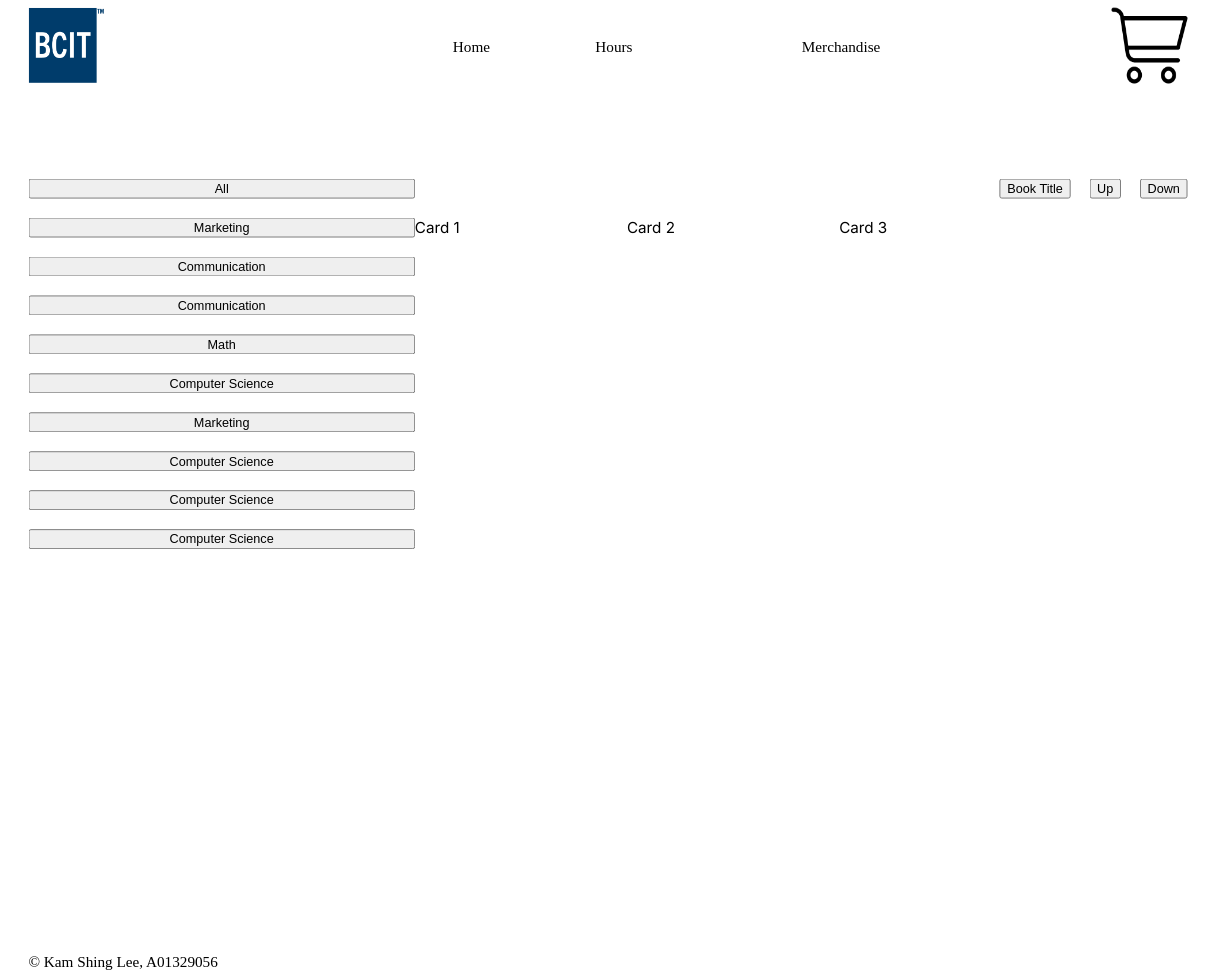
Repository: klee616/assessment3
Page: /
The author's editor kept a copy of each file at every save. The page is drawn from the files as they stood at one save, then again after a run of saves.
The browser window is 1280 px wide. The pictures show the whole page, at 95% of full size.
The project was rebuilt for these pictures with package versions that can differ from the ones it lists, and the page was loaded fresh each time. The framework's server and built-in components were replaced by stand-ins that run in the browser. Also part of the build but not shown: next.config.mjs.

Above is the page before, as saved 2024-02-06 01:16:51.

### pages/index.js
import Head from "next/head";
import { Inter } from "next/font/google";
import styles from "@/styles/Home.module.css";
import layout from "@/styles/layout.module.css"
import Header from "@/components/Header";
import Footer from "@/components/Footer";
import Button from "@/components/Button";
import { useState } from "react";
import books from "@/data/books.json"

const inter = Inter({ subsets: ["latin"] });

export default function Home() {
  const [data, setItem] = useState([...books]);
  console.log(data);

  let categorys = data.map(book => book.category);
  console.log(categorys);
  return (
    <>
      <Head>
        <title>BCIT Book Store</title>
        <meta name="description" content="All online pick-up orders are available at the Burnaby Campus Bookstore (SE2). Please allow 2-3 business days for order processing." />
        <meta name="viewport" content="width=device-width, initial-scale=1" />
        <link rel="icon" href="/favicon.ico" />
      </Head>

      <Header />
      <main className={`${styles.main} ${inter.className}`}>
        <div className={`${layout['row']}`}>
          <div className={`${layout['col-lg-4']} ${layout['col-md-4']} ${layout['col-lg-4']}}`}>
            <div className={styles['aside-containera']}>
              <button>All</button>
              {
                categorys && categorys.map((cate, index)=>{
                  return (
                    <>
                    <button>{cate}</button>
                    </>
                  )
                })
              }
            </div>
          </div>
          <div className={`${layout['col-lg-8']} ${layout['col-md-8']} ${layout['col-lg-8']}}`}>
            <div className={styles['main-content-containera']}>
              <div className={styles['top-menu']}>
                <Button name="Book Title" />
                <Button name="Up" />
                <Button name="Down" />
              </div>
              <div className={`${layout['col-lg-3']} ${layout['col-md-3']} ${layout['col-lg-3']}}`}>
                Card 1
              </div>
              <div className={`${layout['col-lg-3']} ${layout['col-md-3']} ${layout['col-lg-3']}}`}>
                Card 2
              </div>
              <div className={`${layout['col-lg-3']} ${layout['col-md-3']} ${layout['col-lg-3']}}`}>
                Card 3
              </div>
            </div>
          </div>
        </div>
      </main>
      <Footer />
    </>
  );
}

### styles/globals.css
:root {
  --background-color: #fff;
  --highlight: #FFF400;
  --blue: #003C71;
  --white-text: #fff;
  --product-background: rgb(245, 245, 245);
}

a{
  color: inherit;
  text-decoration: none;
}

### styles/Home.module.css
.main {
  display: flex;
  flex-direction: column;
  justify-content: space-between;
  align-items: center;
  padding: 6rem;
  min-height: 100vh;
}
.aside-containera{
  display: flex;
  flex-direction: column;
  flex-wrap: nowrap;
  row-gap: 20px;
}

.main-content-containera{
  display: flex;
  flex-direction: row;
  flex-wrap: wrap;
  gap:20px;
}
.top-menu{
  display: flex;
  flex-direction: row;
  flex-wrap: nowrap;
  justify-content: right;
  column-gap: 20px;
  width: 100%;

}

### styles/layout.module.css

.row {
    display: flex;
    flex-direction: row;
    flex-wrap: wrap;
    justify-content: left;
    align-items: stretch;
  }

  .col-lg-12, .col-md-12, .col-sm-12{
      flex: 0 0 12;
      width: calc(100% / 12 * 12);
  }

  .col-lg-11, .col-md-11, .col-sm-11{
      flex: 0 0 11;
      width: calc(100% / 12 * 11);
  }

  .col-lg-10, .col-md-10, .col-sm-10{
      flex: 0 0 10;
      width: calc(100% / 12 * 10);
  }

  .col-lg-9, .col-md-9, .col-sm-9{
      flex: 0 0 9;
      width: calc(100% / 12 * 9);
  }

  .col-lg-8, .col-md-8, .col-sm-8{
      flex: 0 0 8;
      width: calc(100% / 12 * 8);
  }

  .col-lg-7, .col-md-7, .col-sm-7{
      flex: 0 0 7;
      width: calc(100% / 12 * 7);
  }

  .col-lg-6, .col-md-6, .col-sm-6{
      flex: 0 0 6;
      width: calc(100% / 12 * 6);
  }

  .col-lg-5, .col-md-5, .col-sm-5{
      flex: 0 0 5;
      width: calc(100% / 12 * 5);
  }

  .col-lg-4, .col-md-4, .col-sm-4{
      flex: 0 0 4;
      width: calc(100% / 12 * 4);
  }

  .col-lg-3, .col-md-3, .col-sm-3{
      flex: 0 0 3;
      width: calc(100% / 12 * 3);
  }

  .col-lg-2, .col-md-2, .col-sm-2{
      flex: 0 0 2;
      width: calc(100% / 12 * 2);
  }

  .col-lg-1, .col-md-1, .col-sm-1{
      flex: 0 0 1;
      width: calc(100% / 12 * 1);
  }

  .text-align-right{
    text-align: right;
  }

  @media (min-width: 1221px ) {
    /* lg*/

    .row {
      max-width: 1220px;
      width: 100vw;
    }

    .row-wider{
      width: 992px;
    }


    .col-lg-12 {
      flex: 0 0 12;
      width: calc(100% / 12 * 12);
    }

    .col-lg-11 {
      flex: 0 0 11;
      width: calc(100% / 12 * 12);
    }

    .col-lg-10 {
      flex: 0 0 10;
      width: calc(100% / 12 * 10);
    }

    .col-lg-9 {
      flex: 0 0 9;
      width: calc(100% / 12 * 9);
    }

    .col-lg-8 {
      flex: 0 0 8;
      width: calc(100% / 12 * 8);
    }

    .col-lg-7 {
      flex: 0 0 7;
      width: calc(100% / 12 * 7);
    }

    .col-lg-6 {
      flex: 0 0 6;
      width: calc(100% / 12 * 6);
    }

    .col-lg-5 {
      flex: 0 0 5;
      width: calc(100% / 12 * 5);
    }

    .col-lg-4 {
      flex: 0 0 4;
      width: calc(100% / 12 * 4);
    }

    .col-lg-3 {
      flex: 0 0 3;
      width: calc(100% / 12 * 3);
    }

    .col-lg-2 {
      flex: 0 0 2;
      width: calc(100% / 12 * 2);
    }

    .col-lg-1 {
      flex: 0 0 1;
      width: calc(100% / 12 * 1);
    }

    .lg-hidden{
      display: none;;
    }
  }


  @media (max-width:1220px) and (min-width:701px) {
    /* md*/

    .row {
        max-width: 1440px;
        width: 100vw;

    }



    .col-md-12 {
      flex: 0 0 12;
      width: calc(100% / 12 * 12);
    }

    .col-md-11 {
      flex: 0 0 11;
      width: calc(100% / 12 * 12);
    }

    .col-md-10 {
      flex: 0 0 10;
      width: calc(100% / 12 * 10);
    }

    .col-md-9 {
      flex: 0 0 9;
      width: calc(100% / 12 * 9);
    }

    .col-md-8 {
      flex: 0 0 8;
      width: calc(100% / 12 * 8);
    }

    .col-md-7 {
      flex: 0 0 7;
      width: calc(100% / 12 * 7);
    }

    .col-md-6 {
      flex: 0 0 6;
      width: calc(100% / 12 * 6);
    }

    .col-md-5 {
      flex: 0 0 5;
      width: calc(100% / 12 * 5);
    }

    .col-md-4 {
      flex: 0 0 4;
      width: calc(100% / 12 * 4);
    }

    .col-md-3 {
      flex: 0 0 3;
      width: calc(100% / 12 * 3);
    }

    .col-md-2 {
      flex: 0 0 2;
      width: calc(100% / 12 * 2);
    }

    .col-md-1 {
      flex: 0 0 1;
      width: calc(100% / 12 * 1);
    }


    .md-hidden{
      display: none;;
    }
  }


  @media (max-width:700px) {
    /* sm*/

    .row {
        max-width: 640;
        width: 100vw;

    }


    .col-sm-12 {
      flex: 0 0 12;
      width: calc(100% / 12 * 12);
    }

    .col-sm-11 {
      flex: 0 0 11;
      width: calc(100% / 12 * 12);
    }

    .col-sm-10 {
      flex: 0 0 10;
      width: calc(100% / 12 * 10);
    }

    .col-sm-9 {
      flex: 0 0 9;
      width: calc(100% / 12 * 9);
    }

    .col-sm-8 {
      flex: 0 0 8;
      width: calc(100% / 12 * 8);
    }

    .col-sm-7 {
      flex: 0 0 7;
      width: calc(100% / 12 * 7);
    }

    .col-sm-6 {
      flex: 0 0 6;
      width: calc(100% / 12 * 6);
    }

    .col-sm-5 {
      flex: 0 0 5;
      width: calc(100% / 12 * 5);
    }

    .col-sm-4 {
      flex: 0 0 4;
      width: calc(100% / 12 * 4);
    }

    .col-sm-3 {
      flex: 0 0 3;
      width: calc(100% / 12 * 3);
    }

    .col-sm-2 {
      flex: 0 0 2;
      width: calc(100% / 12 * 2);
    }

    .col-sm-1 {
      flex: 0 0 1;
      width: calc(100% / 12 * 1);
    }

    .sm-hidden{
      display: none;
    }
  }

### components/Header/index.js
import styles from './Header.module.css'
import layout from '@/styles/Layout.module.css'
import Image from 'next/image'
import Link from 'next/link'

export default function Header() {
    return (
        <>
            <header className={`${styles['page-header']}`}>
                <div className={`${layout.row}`}>
                    <div className={`${layout['col-lg-4']} ${layout['col-md-4']} ${layout['col-sm-4']}`}>
                        <Image
                            src="/images/bcit_logo.png"
                            width={80}
                            height={80} />
                    </div>
                    <div className={`${layout['col-lg-8']} ${layout['col-md-8']} ${layout['col-sm-8']}`}>
                        <div className={styles['menu-container']}>
                            <ul className={styles['menu-list']}>
                                <li className={styles['menu-item']}>
                                    <Link href='/'>Home</Link>
                                </li>
                                <li className={styles['menu-item']}>
                                    <Link href='/'>Hours</Link>
                                </li>
                                <li className={styles['menu-item']}>
                                    <Link href='/'>Merchandise</Link>
                                </li>
                            </ul>

                            <Link href='/'>
                                <Image
                                    src="/images/shopping.png"
                                    width={80}
                                    height={80} />
                            </Link>
                        </div>
                    </div>
                </div>
            </header>
        </>
    )
}

### components/Footer/index.js
import styles from './Footer.module.css'
import layout from '@/styles/Layout.module.css'

export default function Footer(){
    return (
        <>
        <footer className={styles['page-footer']}>
            <div className={`${layout['row']}`}>
<div className={`${layout['col-lg-12']} ${layout['col-md-12']} ${layout['col-sm-12']}`}>
    &copy; Kam Shing Lee, A01329056
</div>
</div>
        </footer>
        </>
    )
}

### components/Button/index.js
import styles from './Button.module.css'

export default function Button(
   { name='Button'}
){
    return (
        <>
        <button>{name}</button>
        </>
    )
}

### data/books.json
[
    {
        "course": "MKTG 1102",
        "title": "Marketing: The Core",
        "authors": [
            "Roger Kerin",
            "Steven Hartley",
            "Arsenio Bonifacio",
            "Donna Dumont",
            "Carol Bureau"
        ],
        "edition": 6,
        "image": "marketing-the-core.jpg",
        "category": "Marketing"
    },
    {
        "course": "COMM 1120",
        "title": "Business Communication Essentials",
        "authors": [
            "Courtland Bovee",
            "John Thill"
        ],
        "edition": 5,
        "image": "business-communication-essentials.jpg",
        "category": "Communication"
    },
    {
        "course": "COMM 2003",
        "title": "The Bare Essentials",
        "authors": [
            "Sarah Norton",
            "Brian Green",
            "Greg Holditch"
        ],
        "edition": 10,
        "image": "the-bare-essentials.jpg",
        "category": "Communication"
    },
    {
        "course": "COMP 2121",
        "title": "Discrete Mathematics",
        "authors": [
            "Susanna Epp"
        ],
        "edition": 5,
        "image": "discrete-mathematics-with-applications.jpg",
        "category": "Math"
    },
    {
        "course": "COMP 2511",
        "title": "C How to Program",
        "authors": [
            "Paul Deitel",
            "Harvey Deitel"
        ],
        "edition": 9,
        "image": "c-how-to-program.png",
        "category": "Computer Science"
    },
    {
        "course": "MKTG 3304",
        "title": "International Marketing",
        "authors": [
            "Philip Cateora",
            "Bruce Money",
            "Mary Gilly",
            "John Graham"
        ],
        "edition": 19,
        "image": "international-marketing.jpg",
        "category": "Marketing"
    },
    {
        "course": "COMP 3603",
        "title": "C++: How To Program",
        "authors": [
            "Paul Deitel",
            "Harvey Deitel"
        ],
        "edition": 10,
        "image": "How-to-program.png",
        "category": "Computer Science"
    },
    {
        "course": "COMP 4985",
        "title": "Windows System Programming",
        "authors": [
            "Johnson Hart"
        ],
        "edition": 4,
        "image": "windows-system-programming.jpg",
        "category": "Computer Science"
    },
    {
        "course": "COMM 7005",
        "title": "Computer Networking",
        "authors": [
            "James Kurose",
            "Keith Ross"
        ],
        "edition": 8,
        "image": "computer-networking.jpg",
        "category": "Computer Science"
    }
]

### components/Header/Header.module.css
.page-header{
    display: flex;
    flex-direction: column;
    flex-wrap: nowrap;
    align-items: center;
    justify-content: center;
  }

.menu-container{
    display: flex;
    flex-direction: row;
    flex-wrap: nowrap;
    align-content: center;
    justify-content:space-between;
    align-items: center;
}

.menu-list{
    display: flex;
    flex-direction: row;
    flex-wrap: nowrap;
    align-content: center;
    justify-content:space-around;
    align-items: center;
    list-style: none;
}

.menu-list .menu-item{
    width: 150px;
    text-align: left;
}
.menu-list .menu-item:nth-last-child(1){
    text-align: right;
}
.menu-item a{
display: block;
width: 100%;
}

### styles/Layout.module.css

.row {
    display: flex;
    flex-direction: row;
    flex-wrap: wrap;
    justify-content: left;
    align-items: stretch;
  }

  .col-lg-12, .col-md-12, .col-sm-12{
      flex: 0 0 12;
      width: calc(100% / 12 * 12);
  }

  .col-lg-11, .col-md-11, .col-sm-11{
      flex: 0 0 11;
      width: calc(100% / 12 * 11);
  }

  .col-lg-10, .col-md-10, .col-sm-10{
      flex: 0 0 10;
      width: calc(100% / 12 * 10);
  }

  .col-lg-9, .col-md-9, .col-sm-9{
      flex: 0 0 9;
      width: calc(100% / 12 * 9);
  }

  .col-lg-8, .col-md-8, .col-sm-8{
      flex: 0 0 8;
      width: calc(100% / 12 * 8);
  }

  .col-lg-7, .col-md-7, .col-sm-7{
      flex: 0 0 7;
      width: calc(100% / 12 * 7);
  }

  .col-lg-6, .col-md-6, .col-sm-6{
      flex: 0 0 6;
      width: calc(100% / 12 * 6);
  }

  .col-lg-5, .col-md-5, .col-sm-5{
      flex: 0 0 5;
      width: calc(100% / 12 * 5);
  }

  .col-lg-4, .col-md-4, .col-sm-4{
      flex: 0 0 4;
      width: calc(100% / 12 * 4);
  }

  .col-lg-3, .col-md-3, .col-sm-3{
      flex: 0 0 3;
      width: calc(100% / 12 * 3);
  }

  .col-lg-2, .col-md-2, .col-sm-2{
      flex: 0 0 2;
      width: calc(100% / 12 * 2);
  }

  .col-lg-1, .col-md-1, .col-sm-1{
      flex: 0 0 1;
      width: calc(100% / 12 * 1);
  }

  .text-align-right{
    text-align: right;
  }

  @media (min-width: 1221px ) {
    /* lg*/

    .row {
      max-width: 1220px;
      width: 100vw;
    }

    .row-wider{
      width: 992px;
    }


    .col-lg-12 {
      flex: 0 0 12;
      width: calc(100% / 12 * 12);
    }

    .col-lg-11 {
      flex: 0 0 11;
      width: calc(100% / 12 * 12);
    }

    .col-lg-10 {
      flex: 0 0 10;
      width: calc(100% / 12 * 10);
    }

    .col-lg-9 {
      flex: 0 0 9;
      width: calc(100% / 12 * 9);
    }

    .col-lg-8 {
      flex: 0 0 8;
      width: calc(100% / 12 * 8);
    }

    .col-lg-7 {
      flex: 0 0 7;
      width: calc(100% / 12 * 7);
    }

    .col-lg-6 {
      flex: 0 0 6;
      width: calc(100% / 12 * 6);
    }

    .col-lg-5 {
      flex: 0 0 5;
      width: calc(100% / 12 * 5);
    }

    .col-lg-4 {
      flex: 0 0 4;
      width: calc(100% / 12 * 4);
    }

    .col-lg-3 {
      flex: 0 0 3;
      width: calc(100% / 12 * 3);
    }

    .col-lg-2 {
      flex: 0 0 2;
      width: calc(100% / 12 * 2);
    }

    .col-lg-1 {
      flex: 0 0 1;
      width: calc(100% / 12 * 1);
    }

    .lg-hidden{
      display: none;;
    }
  }


  @media (max-width:1220px) and (min-width:701px) {
    /* md*/

    .row {
        max-width: 1440px;
        width: 100vw;

    }



    .col-md-12 {
      flex: 0 0 12;
      width: calc(100% / 12 * 12);
    }

    .col-md-11 {
      flex: 0 0 11;
      width: calc(100% / 12 * 12);
    }

    .col-md-10 {
      flex: 0 0 10;
      width: calc(100% / 12 * 10);
    }

    .col-md-9 {
      flex: 0 0 9;
      width: calc(100% / 12 * 9);
    }

    .col-md-8 {
      flex: 0 0 8;
      width: calc(100% / 12 * 8);
    }

    .col-md-7 {
      flex: 0 0 7;
      width: calc(100% / 12 * 7);
    }

    .col-md-6 {
      flex: 0 0 6;
      width: calc(100% / 12 * 6);
    }

    .col-md-5 {
      flex: 0 0 5;
      width: calc(100% / 12 * 5);
    }

    .col-md-4 {
      flex: 0 0 4;
      width: calc(100% / 12 * 4);
    }

    .col-md-3 {
      flex: 0 0 3;
      width: calc(100% / 12 * 3);
    }

    .col-md-2 {
      flex: 0 0 2;
      width: calc(100% / 12 * 2);
    }

    .col-md-1 {
      flex: 0 0 1;
      width: calc(100% / 12 * 1);
    }


    .md-hidden{
      display: none;;
    }
  }


  @media (max-width:700px) {
    /* sm*/

    .row {
        max-width: 640;
        width: 100vw;

    }


    .col-sm-12 {
      flex: 0 0 12;
      width: calc(100% / 12 * 12);
    }

    .col-sm-11 {
      flex: 0 0 11;
      width: calc(100% / 12 * 12);
    }

    .col-sm-10 {
      flex: 0 0 10;
      width: calc(100% / 12 * 10);
    }

    .col-sm-9 {
      flex: 0 0 9;
      width: calc(100% / 12 * 9);
    }

    .col-sm-8 {
      flex: 0 0 8;
      width: calc(100% / 12 * 8);
    }

    .col-sm-7 {
      flex: 0 0 7;
      width: calc(100% / 12 * 7);
    }

    .col-sm-6 {
      flex: 0 0 6;
      width: calc(100% / 12 * 6);
    }

    .col-sm-5 {
      flex: 0 0 5;
      width: calc(100% / 12 * 5);
    }

    .col-sm-4 {
      flex: 0 0 4;
      width: calc(100% / 12 * 4);
    }

    .col-sm-3 {
      flex: 0 0 3;
      width: calc(100% / 12 * 3);
    }

    .col-sm-2 {
      flex: 0 0 2;
      width: calc(100% / 12 * 2);
    }

    .col-sm-1 {
      flex: 0 0 1;
      width: calc(100% / 12 * 1);
    }

    .sm-hidden{
      display: none;
    }
  }

### components/Footer/Footer.module.css
.page-footer{
    display: flex;
    flex-direction: column;
    flex-wrap: nowrap;
    align-items: center;
    justify-content: center;
}

Loaded but not shown: pages/_app.js (common file); pages/_document.js (common file); components/Button/Button.module.css (no stored copy; drawn as an empty file)

After the next 2 saves:
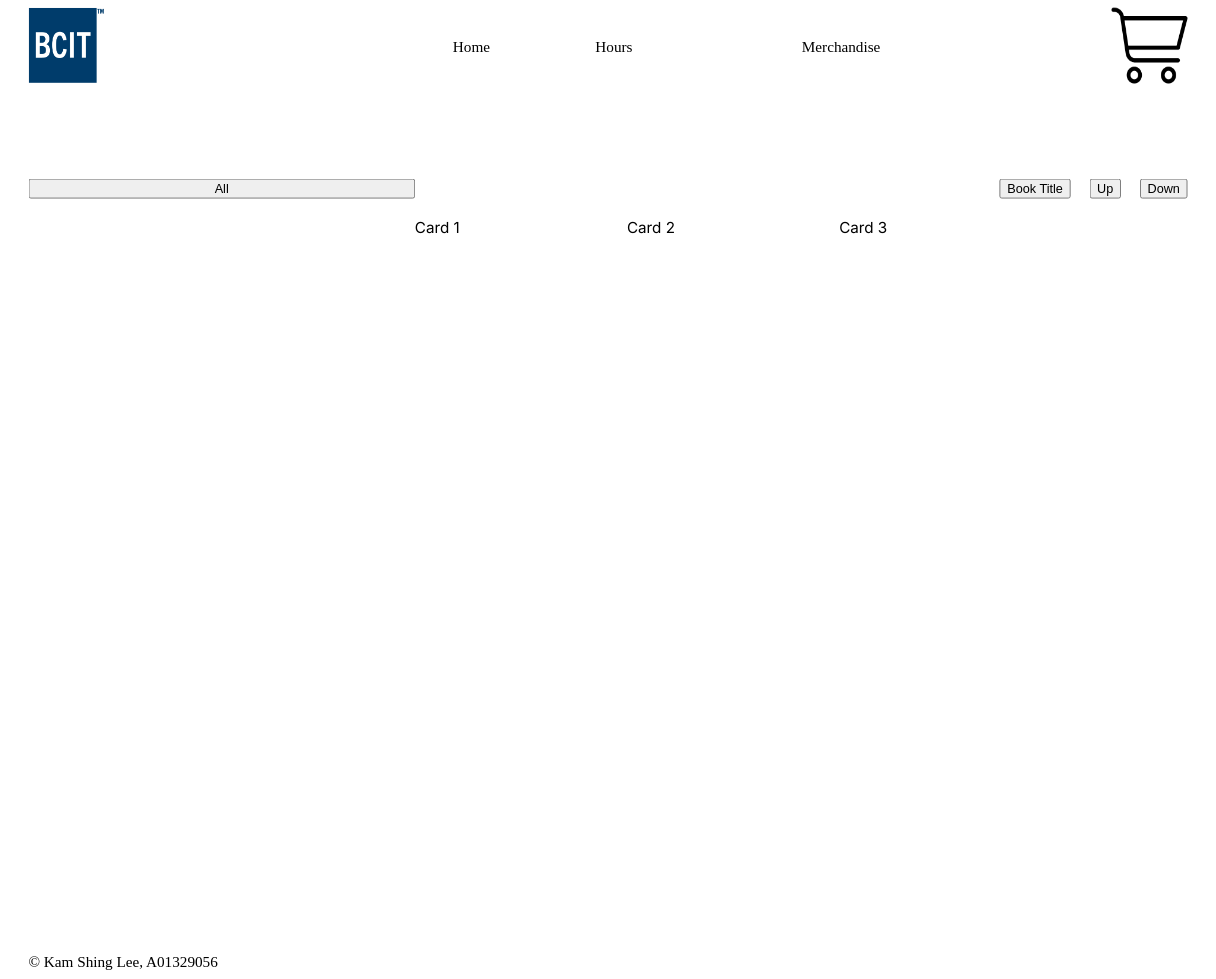
The 2 saves are shown as one change because 1 did not build or start.
The last was saved 3 min 46 s later.
--- a/pages/index.js
+++ b/pages/index.js
@@ -15,6 +15,9 @@
   console.log(data);
 
   let categorys = data.map(book => book.category);
+
+  categorys = categorys.filter((value, index) => data.indexOf(value) === index);
+
   console.log(categorys);
   return (
     <>

After the save that followed:
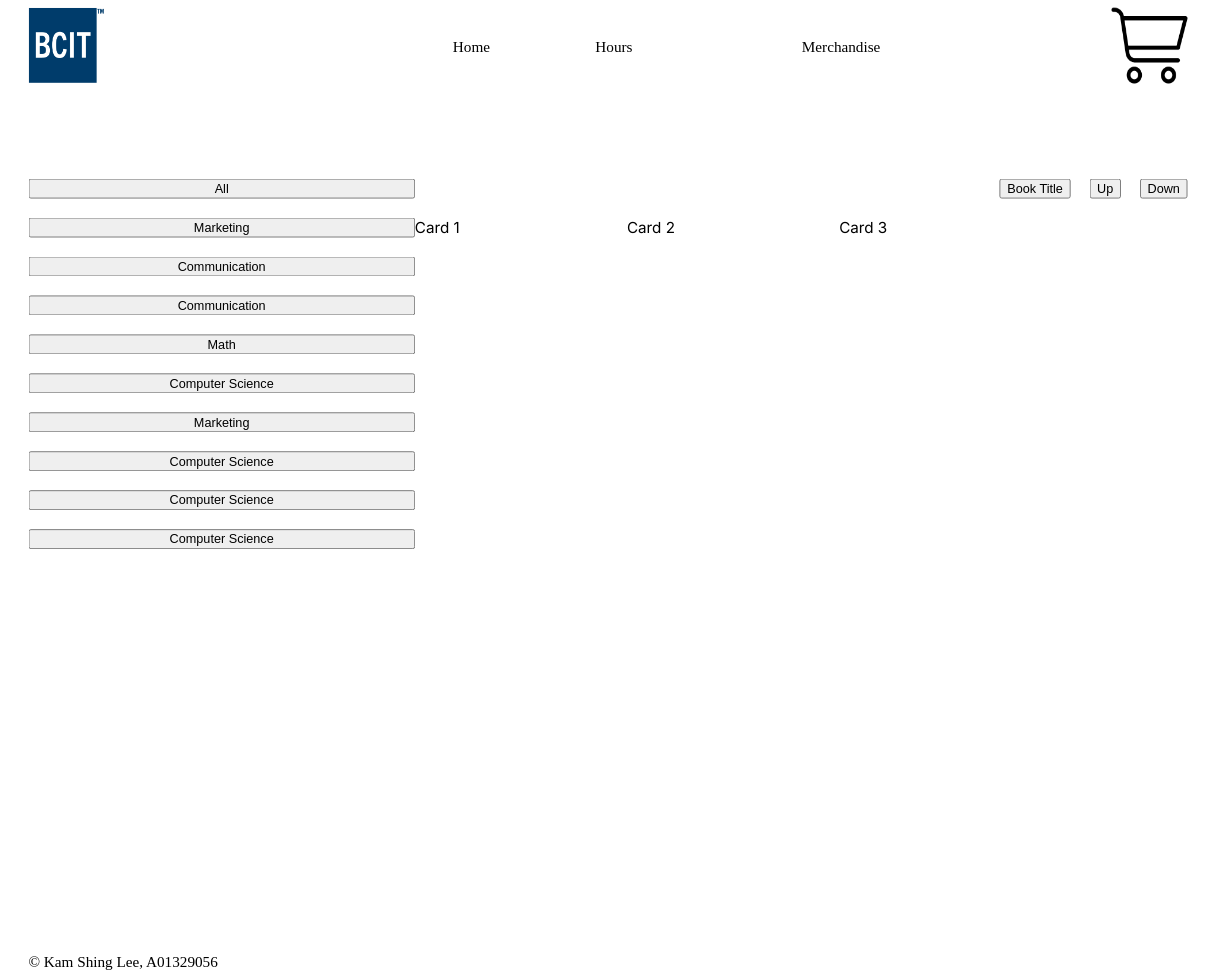
Saved 34 s later.
--- a/pages/index.js
+++ b/pages/index.js
@@ -16,9 +16,9 @@
 
   let categorys = data.map(book => book.category);
 
-  categorys = categorys.filter((value, index) => data.indexOf(value) === index);
+  let categoryList = categorys.filter((value, index) => data.indexOf(value) === index);
 
-  console.log(categorys);
+  console.log(categoryList);
   return (
     <>
       <Head>
